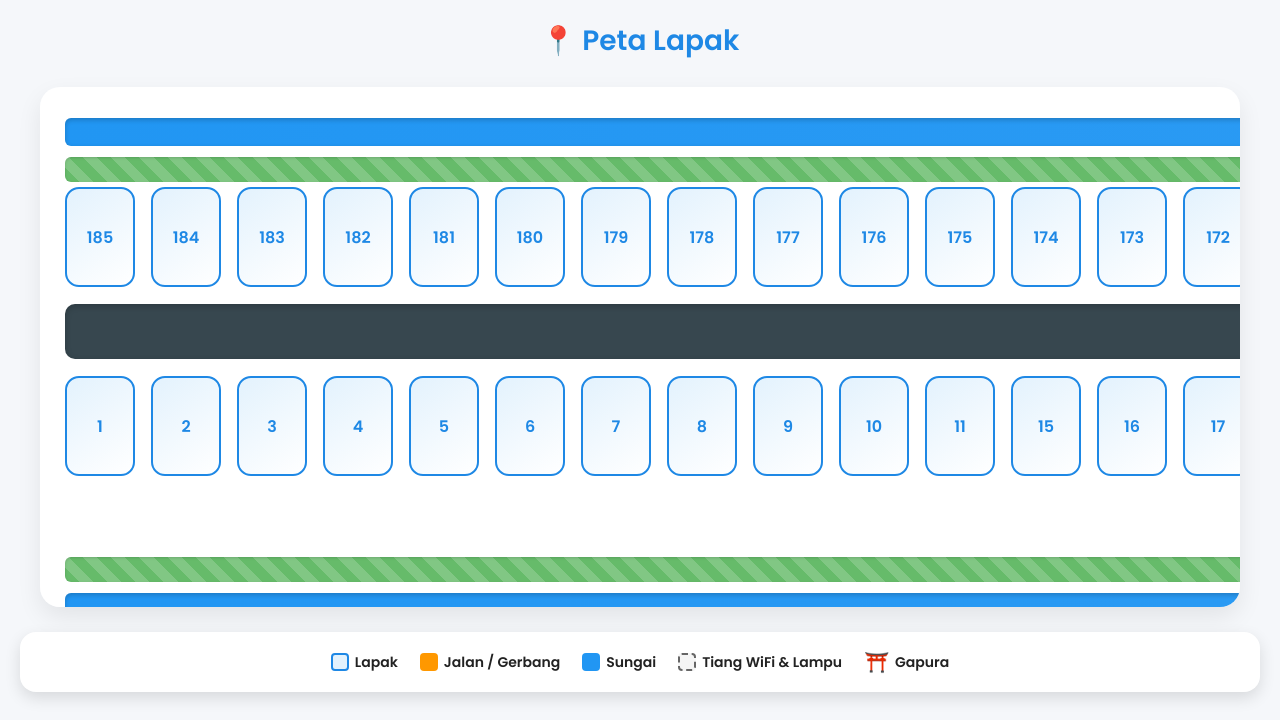
Repository: pasarrakyatbak/denah
Page: index.html
An editor plug-in stored every save of this project. The page is shown before and after the next save, followed by the edit.
The browser window is 1280 px wide. The pictures show the whole page.
An inner scrolling area shows only its first screen.

Above is the page before, as saved 2025-09-19 18:41:59.

After the next save:
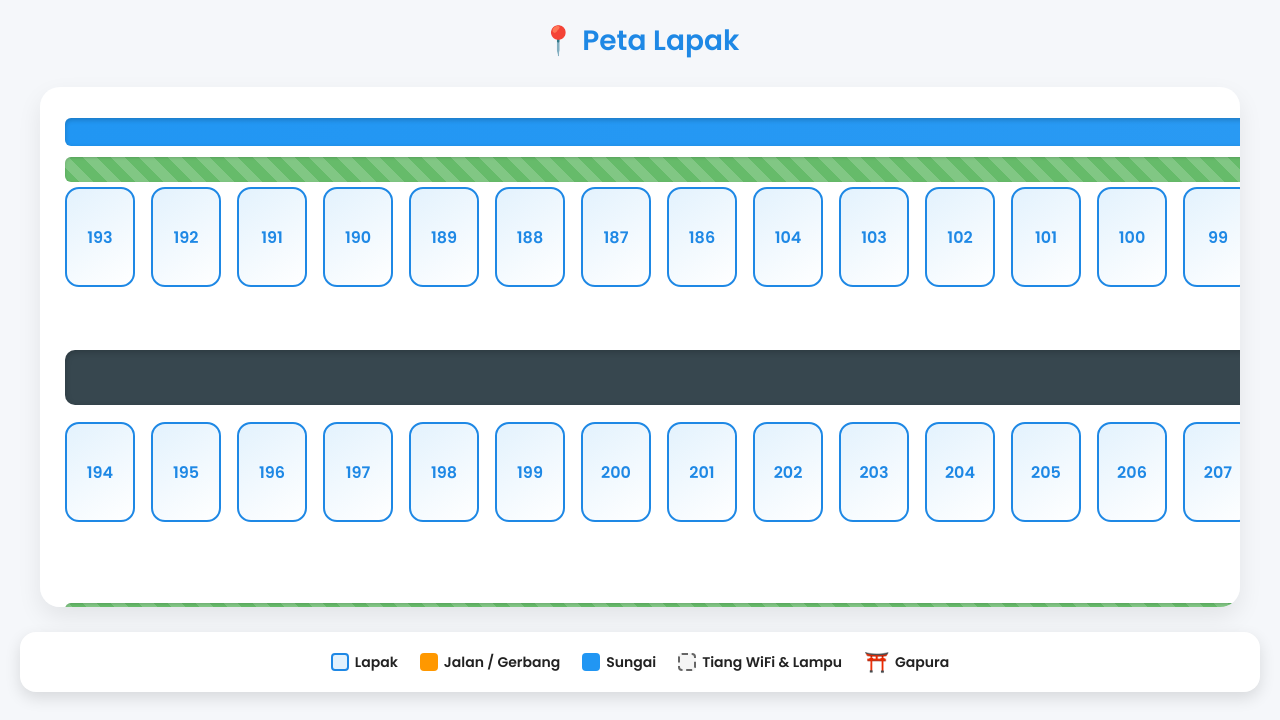
Saved 26 s later.
--- a/script.js
+++ b/script.js
@@ -13,11 +13,8 @@ function makeLapak(num) {
     return d;
 }
 
-// Nomor kecil (1,2,3...) ditempatkan di sisi kanan (bawah jalan)
-leftNumbers.forEach(n => rightSide.appendChild(makeLapak(n)));
-
-// Nomor besar (200an...) ditempatkan di sisi kiri (atas jalan)
-rightNumbers.slice().reverse().forEach(n => leftSide.appendChild(makeLapak(n)));
+rightNumbers.forEach(n => rightSide.appendChild(makeLapak(n)));
+leftNumbers.slice().reverse().forEach(n => leftSide.appendChild(makeLapak(n)));
 
 // Gerbang
 function insertGerbangBetween(parent, a, b, label = 'Gerbang') {
